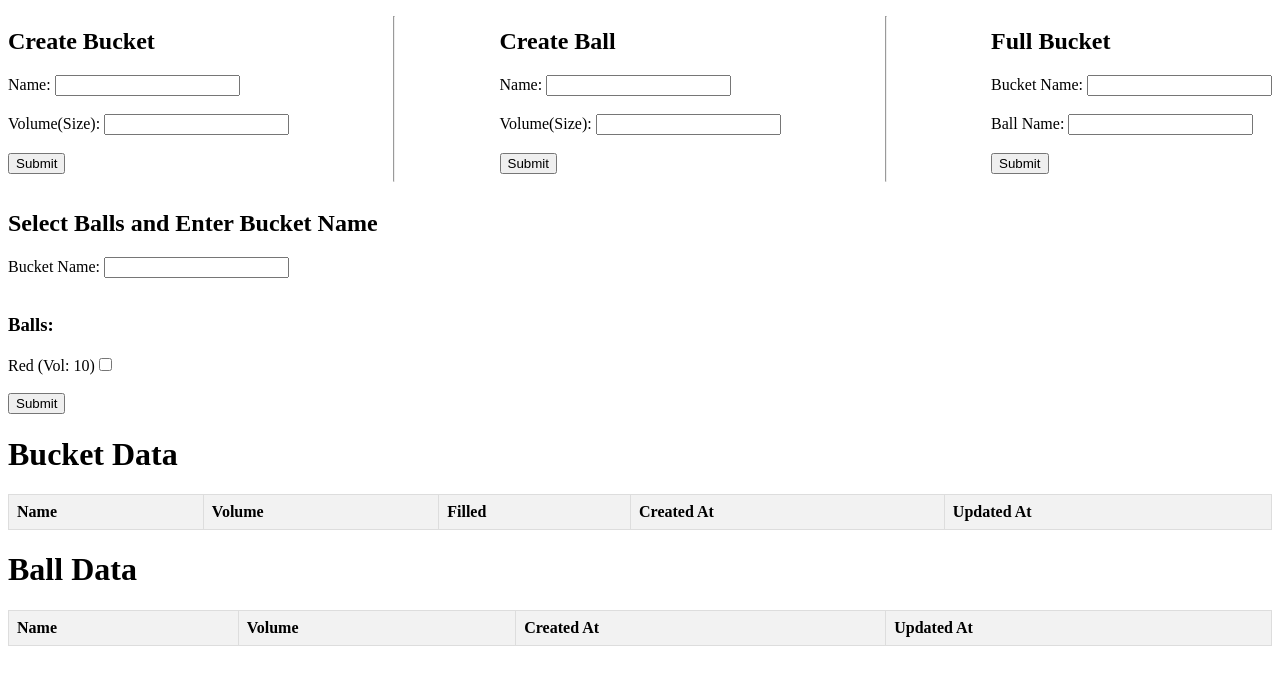
Repository: RajatPalankar8/nodejs_bucket_ball_task_new
Page: http://localhost/
These files come from the project's save history. The page is drawn as it stood at one moment and after the next save; the edit follows.
The browser window is 1280 px wide. The pictures show the whole page.
The page is served by the project's Node server (index.js). Queries for data that is not in the repository find no rows.

Above is the page before, as saved 2023-07-28 11:25:34.

After the next save:
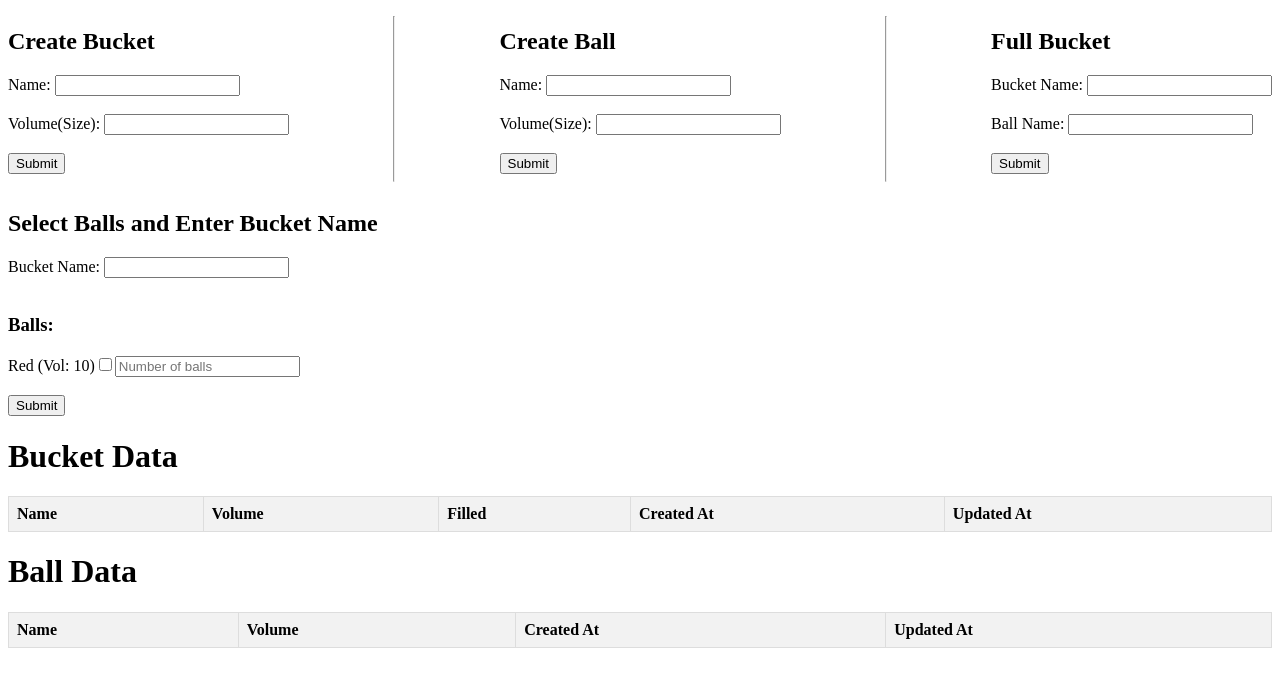
Saved 2 min 54 s later.
--- a/views/index.ejs
+++ b/views/index.ejs
@@ -223,40 +223,46 @@
   </script>
 
 
-  <script>
-    // Assuming you have the ball data from MongoDB in a JavaScript array called "balls"
-    const balls = [
-      {
-        "_id": {
-          "$oid": "64b3c8d344dc14d9ae78e18d"
-        },
-        "name": "Red",
-        "vol": 10
+<script>
+  // Assuming you have the ball data from MongoDB in a JavaScript array called "balls"
+  const balls = [
+    {
+      "_id": {
+        "$oid": "64b3c8d344dc14d9ae78e18d"
       },
-      // Add more ball objects here if needed
-    ];
-
-    // Function to dynamically create ball checkboxes in the form
-    function createBallCheckboxes() {
-      const ballListDiv = document.getElementById('ballList');
-      balls.forEach(ball => {
-        const checkbox = document.createElement('input');
-        const textBox = document.createElement('text');
-        checkbox.type = 'checkbox';
-        textBox.type = 'text';
-        checkbox.name = 'balls';
-        checkbox.value = ball._id.$oid;
-        const label = document.createElement('label');
-        label.innerHTML = `${ball.name} (Vol: ${ball.vol})`;
-        label.appendChild(checkbox);
-        ballListDiv.appendChild(label);
-        ballListDiv.appendChild(document.createElement('br'));
-      });
-    }
-
-    // Call the function to create ball checkboxes on page load
-    createBallCheckboxes();
-  </script>
+      "name": "Red",
+      "vol": 10
+    },
+    // Add more ball objects here if needed
+  ];
+
+  // Function to dynamically create ball checkboxes and text fields in the form
+  function createBallCheckboxes() {
+    const ballListDiv = document.getElementById('ballList');
+    balls.forEach(ball => {
+      const checkbox = document.createElement('input');
+      checkbox.type = 'checkbox';
+      checkbox.name = 'balls';
+      checkbox.value = ball._id.$oid;
+
+      const label = document.createElement('label');
+      label.innerHTML = `${ball.name} (Vol: ${ball.vol})`;
+      label.appendChild(checkbox);
+
+      const inputField = document.createElement('input');
+      inputField.type = 'number';
+      inputField.name = `ball_${ball._id.$oid}`; // Each input field will have a unique name
+      inputField.placeholder = 'Number of balls';
+
+      ballListDiv.appendChild(label);
+      ballListDiv.appendChild(inputField);
+      ballListDiv.appendChild(document.createElement('br'));
+    });
+  }
+
+  // Call the function to create ball checkboxes and text fields on page load
+  createBallCheckboxes();
+</script>
 </body>
 
 </html>
